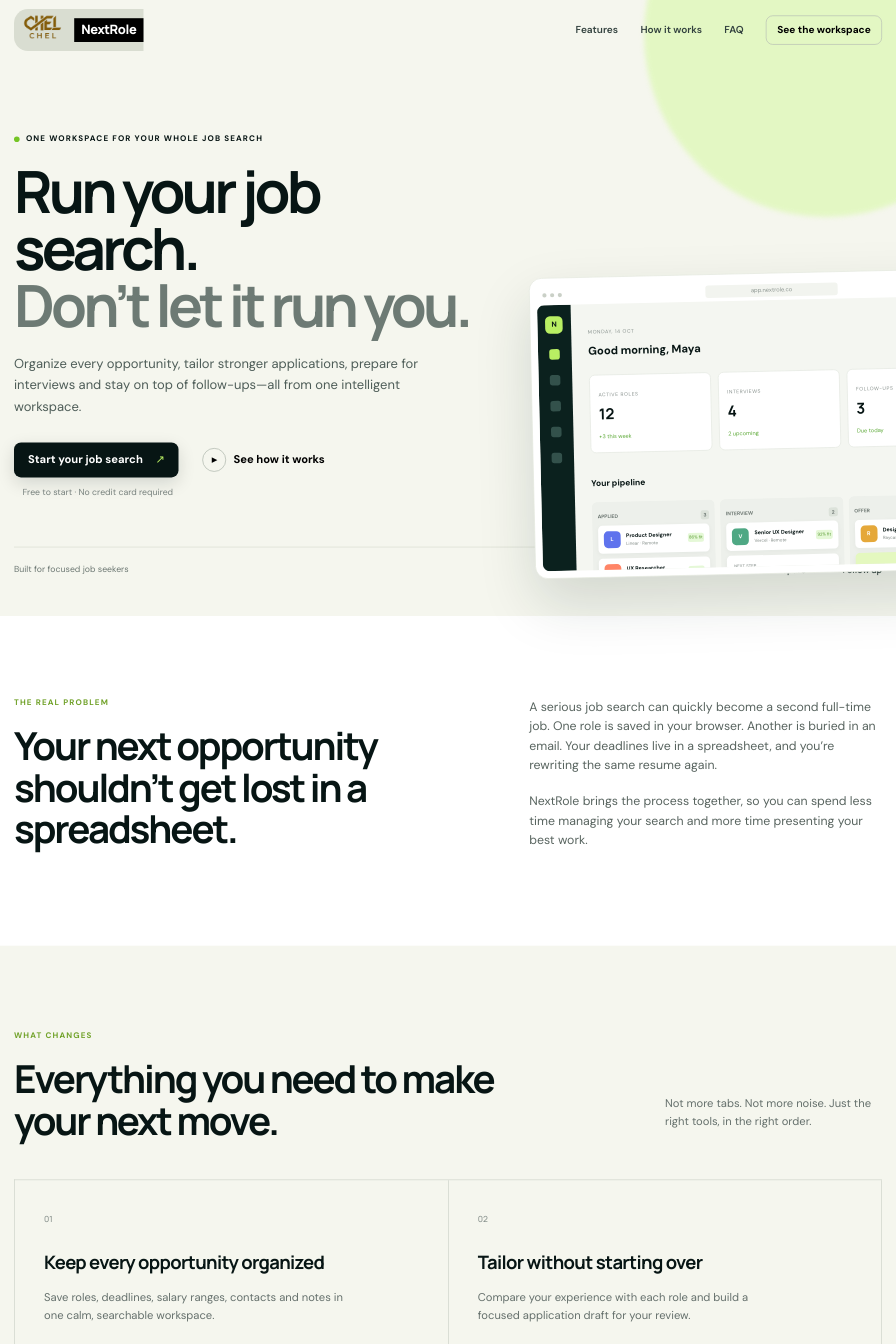
Repository: Lovethrech/NextRole-Nuxt-Portfolio
Page: /
These files come from the project's save history. The page is drawn as it stood at one moment and after the next save; the edit follows.
The browser window is 1280 px wide. The pictures show the part of the page from y = 0 to 1920 px (the page is 5240 px tall), at 70% of full size.
The project was rebuilt for these pictures with package versions that can differ from the ones it lists, and the page was loaded fresh each time. The framework's server and built-in components were replaced by stand-ins that run in the browser. Also part of the build but not shown: nuxt.config.js.

Above is the page before, as saved 2026-09-12 16:37:16.

### assets/css/main.css
:root{
    --ink:#071514;
    --deep:#0d2421;
    --green:#b9ef63;
    --mint:#ddffc8;
    --paper:#f5f6ee;
    --white:#fff;
    --line:#d9ddd1;
    --muted:#65706c;
    --orange:#ff8a61;
    --blue:#6579ff;
    font-family:'DM Sans',sans-serif;
    color:var(--ink);
    background:var(--paper);
    font-synthesis:none;
}
*{
    box-sizing:border-box;
}
html{
    scroll-behavior:smooth;
}
body{
    margin:0;
    padding: 0;
    background:var(--paper);
    font-size:16px;
    line-height:1.6;
}
button,a{
    font:inherit;
}
button{
    cursor:pointer;
}
a{
    color:inherit;
    text-decoration:none;
}
.container{
    width:min(1580px,calc(100% - 40px));
    margin-inline:auto;
}
.site-shell{
    overflow:hidden;
}
.nav-wrap{
    position:absolute;
    inset:0 0 auto;
    z-index:20;
}
.nav{
    height:86px;
    display:flex;
    align-items:center;
    justify-content:space-between;
}
/* BRAND LOGO */
/* START */
.brand-logo-ctn{
    width: 70px;
}
.brand-logo-ctn img{
    width:100%;
}
#brand-sub-name{
    margin:auto 0;
    padding:2px 10px;
    background-color: #000000;
    color:#ffffff;
}

/* END */
.brand{
    background-color: var(--line);
    padding: 8px 0 8px 6px;
    border-radius: 20px 0 0 20px;
    display:flex;
    align-items:center;
    gap:10px;
    font-family:Manrope,sans-serif;
    font-weight:800;
    font-size:1.15rem;
    letter-spacing:-.03em;
}
.nav-links{
    display:flex;
    align-items:center;
    gap:32px;
    font-weight:600;
    font-size:.9rem;
}
.nav-links>a{
    color:#33423f;
}
.button{
    border:0;
    display:inline-flex;
    align-items:center;
    justify-content:center;
    gap:18px;
    border-radius:10px;
    padding:15px 20px;
    font-weight:700;
    line-height:1.2;
    transition:transform .2s,box-shadow .2s;
}
.button:hover{
    transform:translateY(-2px);
}
.button-small{
    padding:11px 15px;
}
.button-ghost{
    border:1px solid #b9c0b5;
    background:transparent;
}
.button-primary{
    background:var(--ink);
    color:#fff;
    box-shadow:0 8px 24px #07151424;
}
.button-primary span,.button-light span{
    color:var(--green);
}
.button-light{
    background:#fff;
    color:var(--ink);
}
.menu-button{
    display:none;
}
.hero{
    min-height:880px;
    padding-top:178px;
    position:relative;
}
.hero:before{
    content:'';
    position:absolute;
    width:520px;
    height:520px;
    border-radius:50%;
    background:#dff8b9;
    filter:blur(4px);
    right:-180px;
    top:-210px;
    opacity:.8;
}
.hero-copy{
    width:56%;
    position:relative;
    z-index:2;
}
.eyebrow,.section-kicker{
    font-size:.72rem;
    font-weight:800;
    letter-spacing:.14em;
    text-transform:uppercase;
    display:flex;
    align-items:center;
    gap:9px;
}
.eyebrow span{
    width:8px;
    height:8px;
    border-radius:50%;
    background:#75c525;
}
.hero h1{
    font-family:Manrope,sans-serif;
    font-size:clamp(3.4rem,6.5vw,6.15rem);
    line-height:.98;
    letter-spacing:-.065em;
    margin:24px 0 28px;
    font-weight:700;
}
.hero h1 em{
    font-style:normal;
    color:#6d7a74;
}
.hero-lede{
    font-size:1.16rem;
    line-height:1.65;
    color:#4e5d58;
    max-width:630px;
}
.hero-actions{
    display:flex;
    align-items:center;
    gap:28px;
    margin-top:36px;
}
.text-link{
    border:0;
    background:none;
    font-weight:700;
    display:flex;
    align-items:center;
    gap:10px;
}
.play{
    border:1px solid #aeb6ac;
    border-radius:50%;
    width:34px;
    height:34px;
    display:grid;
    place-items:center;
    font-size:.65rem;
}
.microcopy{
    font-size:.78rem;
    color:#77817d;
    margin:12px 0 0 12px;
}
.dashboard-frame{
    position:absolute;
    z-index:3;
    width:660px;
    right:-160px;
    top:390px;
    background:#fff;
    padding:10px;
    border-radius:18px;
    box-shadow:0 35px 80px #0c2b2226;
    transform:rotate(-1.3deg);
    border:1px solid #e5e9df;
}
.frame-bar{
    height:28px;
    display:flex;
    align-items:center;
    gap:5px;
    padding:0 8px;
}
.frame-bar span{
    width:6px;
    height:6px;
    background:#cad0c7;
    border-radius:50%;
}
.frame-bar p{
    font-size:.52rem;
    background:#f2f4ef;
    color:#8b948f;
    padding:2px 65px;
    border-radius:4px;
    margin:auto;
}
.dash{
    height:380px;
    display:flex;
    background:#f4f6f1;
    border-radius:10px;
    overflow:hidden
}
.dash-side{
    width:52px;
    background:#0b211e;
    display:flex;
    flex-direction:column;
    align-items:center;
    gap:22px;
    padding-top:16px;
}
.mini-brand{
    width:25px;
    height:25px;
    border-radius:7px;
    background:var(--green);
    display:grid;
    place-items:center;
    font-size:.65rem;
}
.dash-side i{
    width:15px;
    height:15px;
    border-radius:4px;
    background:#33514b;
}
.dash-side i.active{
    background:var(--green);
}
.dash-main{
    padding:24px;
    width:100%;
}
.dash-top{
    display:flex;
    justify-content:space-between;
    align-items:center;
}
.dash-top small,.stat-grid small{
    font-size:.45rem;
    letter-spacing:.11em;
    color:#88918d;
}
.dash-top h3{
    font-size:1rem;
    margin:4px 0;
}
.avatar{
    width:30px;
    height:30px;
    border-radius:50%;
    background:#e4c6a5;
    display:grid;
    place-items:center;
    font-size:.55rem;
    font-weight:800;
}
.stat-grid{
    display:grid;
    grid-template-columns:repeat(3,1fr);
    gap:10px;
    margin:18px 0
}
.stat-grid>div{
    padding:12px;
    border-radius:8px;
    background:#fff;
    border:1px solid #e4e8e1;
}
.stat-grid strong{
    display:block;
    font-family:Manrope;
    font-size:1.35rem;
}
.stat-grid span{
    font-size:.5rem;
    color:#59a733;
}
.pipeline-head{
    display:flex;
    justify-content:space-between;
    align-items:center;
}
.pipeline-head h4{
    font-size:.76rem;
}
.pipeline-head button{
    font-size:.55rem;
    border:0;
    background:#0b211e;
    color:white;
    padding:6px 9px;
    border-radius:5px;
}
.pipeline{
    display:grid;
    grid-template-columns:repeat(3,1fr);
    gap:8px;
}
.lane{
    background:#edf0eb;border-radius:7px;padding:8px}.lane>p{font-size:.45rem;font-weight:800;color:#6b7570
}
.lane>p b{
    float:right;
    background:#dce2da;
    padding:1px 4px;
    border-radius:3px;
}
.lane article{
    background:#fff;
    padding:8px;
    margin-top:7px;
    border-radius:6px;
    display:grid;
    grid-template-columns:26px 1fr auto;
    gap:6px;
    align-items:center;
    box-shadow:0 2px 7px #1933290b;
}
.company-icon{width:24px;height:24px;display:grid;place-items:center;border-radius:6px;font-size:.5rem;font-weight:800;color:white;
}.cobalt{background:#5f73ed;
}.coral{background:#ff8567;
}.mint{background:#4fa884;
}.gold{background:#e5a83a;
}.lane article strong{font-size:.48rem;display:block;
}.lane article small{font-size:.4rem;color:#7f8984;display:block;
}.lane article mark{font-size:.38rem;background:#e5f8d7;color:#55982d;border-radius:3px;padding:2px;
}.lane article.task,.lane article.celebrate{display:block;padding:10px;
}.lane .task span{font-size:.42rem;color:#dd6d49;
}.lane .celebrate{background:#e4f8bf;
}.lane .celebrate>span{font-size:.9rem;color:#62a329;
}
.hero-proof{
    position:absolute;
    bottom:56px;
    left:0;
    right:0;
    border-top:1px solid var(--line);
    padding-top:22px;
    display:flex;
    justify-content:space-between;
    color:#6d7873;
    font-size:.78rem;
}
.hero-proof p{display:flex;align-items:center;gap:24px;margin:0;
}
.hero-proof b{font-family:Manrope;color:#4a5853;
}
.hero-proof i{width:4px;height:4px;background:#9aa49f;border-radius:50%;
}
.problem-section{background:#fff;padding:115px 0;
}
.problem-grid{display:grid;grid-template-columns:1.1fr .9fr;gap:120px;
}
.section-kicker{color:#71a22a;margin:0 0 22px;
}
.problem-grid h2,.section-heading h2,.how-copy h2,.control-copy h2,.faq h2,.final-cta h2{font-family:Manrope;font-size:clamp(2.3rem,4.3vw,4.5rem);line-height:1.08;letter-spacing:-.055em;margin:0;
}
.problem-copy{font-size:1.1rem;color:#58645f;
}
.problem-copy p{margin:0 0 22px;
}
.features{padding:120px 0;
}
.section-heading{display:flex;justify-content:space-between;align-items:end;margin-bottom:55px;
}
.section-heading h2{max-width:710px;
}
.section-heading>p{max-width:310px;color:#65706c;
}
.benefit-grid{display:grid;grid-template-columns:repeat(2,1fr);border-top:1px solid #cfd5cb;border-left:1px solid #cfd5cb;
}
.benefit-card{min-height:315px;padding:42px;border-right:1px solid #cfd5cb;border-bottom:1px solid #cfd5cb;position:relative;transition:background .25s,transform .25s;
}
.benefit-card:hover{background:#fff;transform:translateY(-3px);
}
.benefit-card>span{font-family:Manrope;font-size:.75rem;color:#89928e;
}
.benefit-card h3{font-family:Manrope;font-size:1.65rem;letter-spacing:-.035em;margin:28px 0 12px;
}
.benefit-card p{color:#65706c;max-width:440px;
}
.benefit-card strong{position:absolute;bottom:38px;color:#3f6c18;font-size:.85rem;
}
.how-section{background:var(--deep);color:#fff;padding:120px 0;
}
.how-grid{display:grid;grid-template-columns:.85fr 1.15fr;gap:130px;
}
.section-kicker.light{color:var(--green);
}
.how-copy>p:not(.section-kicker){color:#afbfba;font-size:1.05rem;max-width:430px;margin:26px 0 36px;
}
.steps{list-style:none;padding:0;margin:0;
}
.steps li{display:grid;grid-template-columns:60px 1fr;gap:20px;border-top:1px solid #35504b;padding:27px 0;
}
.steps li:last-child{border-bottom:1px solid #35504b;
}
.steps>li>span{color:var(--green);font:700 .75rem Manrope;
}
.steps h3{font:700 1.25rem Manrope;margin:0 0 6px;
}
.steps p{color:#9fb1ab;margin:0;
}
.control{padding:120px 0;
}
.control-card{background:#fff;border-radius:24px;display:grid;grid-template-columns:1fr 1fr;overflow:hidden;box-shadow:0 22px 60px #1a35250c;
}
.control-visual{background:#dff3bf;min-height:560px;display:grid;place-items:center;padding:50px;
}
.document{width:330px;background:white;border-radius:12px;padding:32px;box-shadow:0 25px 50px #4167222c;transform:rotate(-2deg);
}
.doc-label{font-size:.55rem;letter-spacing:.14em;font-weight:800;
}
.document>i{height:7px;background:#e6eae3;border-radius:4px;display:block;margin-top:17px;
}
.document>i.short{width:60%;
}
.document>i.medium{width:80%;
}
.suggestion{display:flex;gap:12px;background:#f3fae9;border:1px solid #cce9a6;padding:14px;border-radius:8px;margin:22px -12px;
}
.suggestion b{color:#599825;
}
.suggestion p{margin:0;
}
.suggestion strong{font-size:.72rem;display:block;
}
.suggestion small{font-size:.6rem;color:#6c776f;
}
.control-copy{padding:70px;display:flex;flex-direction:column;justify-content:center;
}
.control-copy>p:not(.section-kicker){color:#66716c;font-size:1.05rem;
}
.control-copy ul{list-style:none;padding:0;margin:18px 0 0;
}
.control-copy li{padding:12px 0;border-top:1px solid #e4e8e0;font-weight:600;
}
.control-copy li:before{content:'✓';display:inline-grid;place-items:center;margin-right:12px;width:23px;height:23px;border-radius:50%;background:#e5f7cd;color:#4e861e;font-size:.75rem;
}
.faq{padding:40px 0 120px;display:grid;grid-template-columns:.75fr 1.25fr;gap:120px;
}
.faq h2{font-size:3.2rem;
}
.accordion details{border-top:1px solid #cdd3ca;padding:24px 0;
}
.accordion details:last-child{border-bottom:1px solid #cdd3ca;
}
.accordion summary{list-style:none;font:700 1.05rem Manrope;display:flex;justify-content:space-between;cursor:pointer;
}
.accordion summary::-webkit-details-marker{display:none;
}
.accordion summary span{font-size:1.4rem;font-weight:400;
}
.accordion details[open] summary span{transform:rotate(45deg);
}
.accordion details p{color:#64706a;max-width:620px;margin:16px 40px 0 0;
}
.final-cta{background:#102c28;color:#fff;border-radius:28px;min-height:500px;padding:75px;display:grid;grid-template-columns:1.1fr .9fr;align-items:center;position:relative;overflow:hidden;
}
.final-cta h2{max-width:700px;
}
.final-cta p{color:#b2c0bc;
}
.final-cta small{display:block;color:#8ca19b;margin:12px;
}
.final-cta .button{margin-top:15px;
}
.orbit{height:350px;position:relative;display:grid;place-items:center;
}
.orbit span{position:absolute;border:1px solid #54716a;border-radius:50%;
}
.orbit-one{width:290px;height:290px;
}
.orbit-two{width:200px;height:200px;
}
.orbit b{width:95px;height:95px;border-radius:26px;background:var(--green);color:var(--deep);display:grid;place-items:center;font:800 2.2rem Manrope;box-shadow:0 0 70px #b9ef6352;
}
.footer{min-height:140px;display:flex;align-items:center;justify-content:space-between;gap:30px;font-size:.75rem;color:#79827e;
}
.footer p{max-width:480px;text-align:center;
}
.modal-backdrop{position:fixed;inset:0;background:#061411cc;backdrop-filter:blur(8px);z-index:50;display:grid;place-items:center;padding:20px;
}
.modal{width:min(550px,100%);background:var(--paper);border-radius:22px;padding:44px;position:relative;
}
.modal h2{font:700 2.25rem/1.1 Manrope;letter-spacing:-.05em;margin:0;
}
.modal>p:not(.section-kicker){color:#63706a;
}
.modal-close{position:absolute;right:20px;top:15px;border:0;background:none;font-size:2rem;
}
.modal-list{margin:28px 0;
}
.modal-list>span{float:left;color:#6b9c2a;font:bold .7rem Manrope;margin-top:5px;
}
.modal-list p{margin:0 0 18px 35px;
}
.modal-list b,.modal-list small{display:block;
}
.modal-list small{color:#68746e;
}
.fade-enter-active,.fade-leave-active{transition:opacity .2s;
}
.fade-enter-from,.fade-leave-to{opacity:0;
}

@media(max-width:900px){
    .nav-wrap{position:absolute;
    }
    .menu-button{display:flex;flex-direction:column;gap:5px;border:0;background:none;padding:10px;
    }
    .menu-button span{width:23px;height:2px;background:var(--ink);
    }
    .nav-links{display:none;position:absolute;top:72px;left:20px;right:20px;background:white;padding:24px;border-radius:14px;box-shadow:0 20px 50px #172c2424;flex-direction:column;align-items:stretch;
    }
    .nav-links.open{display:flex;
    }
    .hero{padding-top:145px;min-height:auto;padding-bottom:80px;
    }
    .hero-copy{width:100%;
    }
    .hero h1{font-size:clamp(3rem,11vw,5rem);
    }
    .dashboard-frame{position:relative;top:auto;right:auto;width:100%;margin-top:55px;transform:none;
    }
    .hero-proof{position:relative;bottom:auto;margin-top:50px;
    }
    .problem-grid,.how-grid,.faq{grid-template-columns:1fr;gap:50px;
    }
    .section-heading{display:block;
    }
    .benefit-grid{grid-template-columns:1fr;
    }
    .control-card{grid-template-columns:1fr;
    }
    .control-visual{min-height:420px;
    }
    .final-cta{grid-template-columns:1fr;
    }
    .orbit{display:none;
    }
    .footer{flex-direction:column;text-align:center;padding:50px 0;
    }
}

@media(max-width:600px){
    .container{width:min(100% - 28px,1180px);
    }
    .hero h1{font-size:3.25rem;
    }
    .hero-actions{align-items:flex-start;flex-direction:column;gap:18px;
    }
    .dashboard-frame{width:720px;transform:scale(.47);transform-origin:top left;margin-bottom:-200px;
    }
    .hero-proof{display:block;
    }
    .hero-proof p{margin-top:12px;gap:12px;flex-wrap:wrap;
    }
    .problem-section,.features,.how-section,.control{padding:80px 0;
    }
    .problem-grid h2,.section-heading h2,.how-copy h2,.control-copy h2,.faq h2,.final-cta h2{font-size:2.45rem;
    }
    .benefit-card{padding:28px;min-height:300px;
    }
    .how-grid{gap:55px;
    }
    .control-visual{padding:30px;min-height:380px;
    }
    .document{width:280px;
    }
    .control-copy{padding:38px 28px;
    }
    .faq{padding:10px 0 80px;gap:40px;
    }
    .final-cta{padding:48px 26px;min-height:520px;border-radius:20px;
    }
    .footer{align-items:center;
    }
    .modal{padding:36px 24px;
    }
    .modal h2{font-size:2rem;
    }
}

Loaded but not shown: app.vue (138 lines, source omitted)

After the next save:
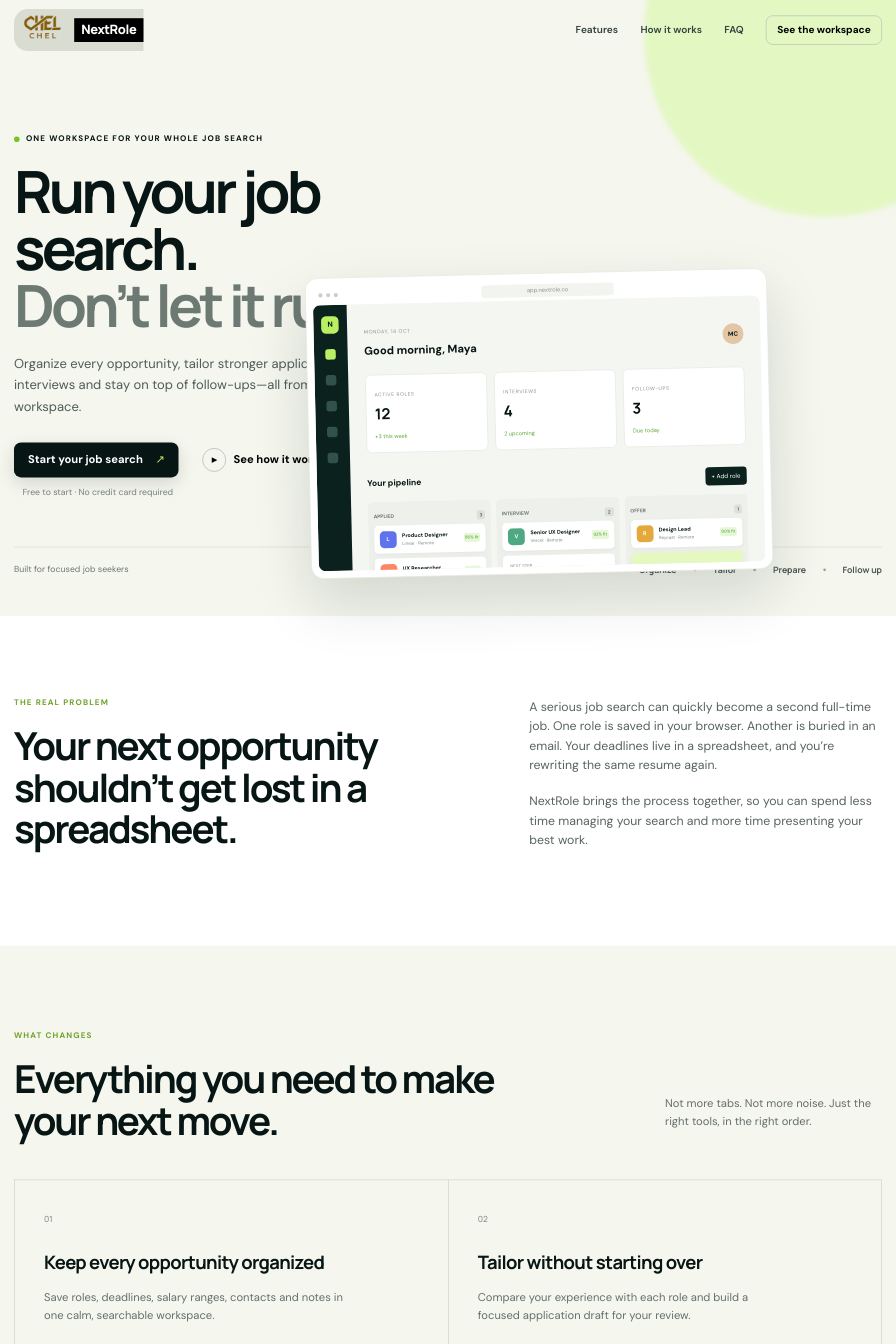
Saved 70 s later.
--- a/assets/css/main.css
+++ b/assets/css/main.css
@@ -217,7 +217,7 @@
     position:absolute;
     z-index:3;
     width:660px;
-    right:-160px;
+    right:160px;
     top:390px;
     background:#fff;
     padding:10px;
